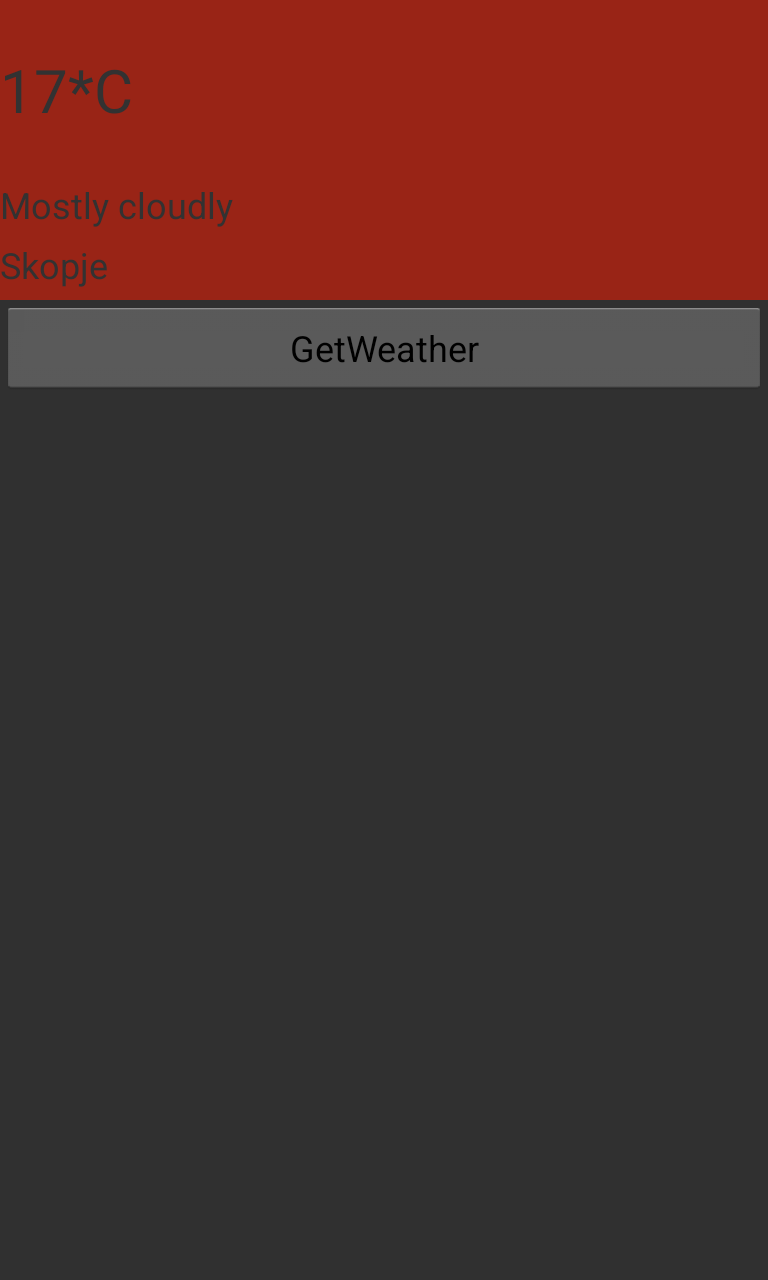
Repository: randhika/WeatherApp
Layout: WeatherApp/res/layout/home_fragment_layout.xml
These files come from the project's save history. The layout is drawn as it stood at one moment and after the next save; the edit follows.
It is drawn on a 768 x 1280 px phone screen (xhdpi) without system bars, with theme AppTheme; the app's code is not run.

Above is the layout before, as saved 2014-04-27 10:40:50.

After the next save:
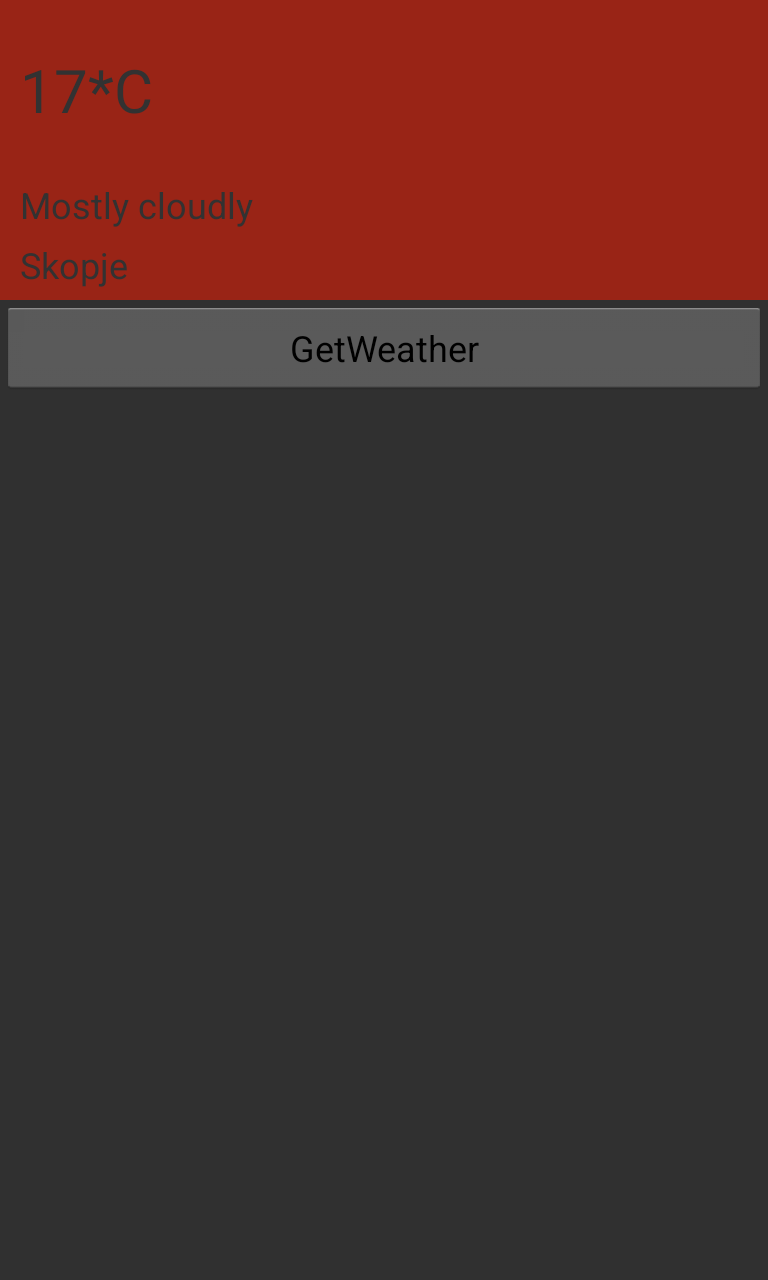
Saved 27 s later.
--- a/WeatherApp/res/layout/home_fragment_layout.xml
+++ b/WeatherApp/res/layout/home_fragment_layout.xml
@@ -9,6 +9,7 @@
         android:layout_width="match_parent"
         android:layout_height="150dp"
         android:background="@color/list_background_pressed"
+        android:paddingLeft="10dp"
         android:orientation="vertical" >
 
         <TextView
